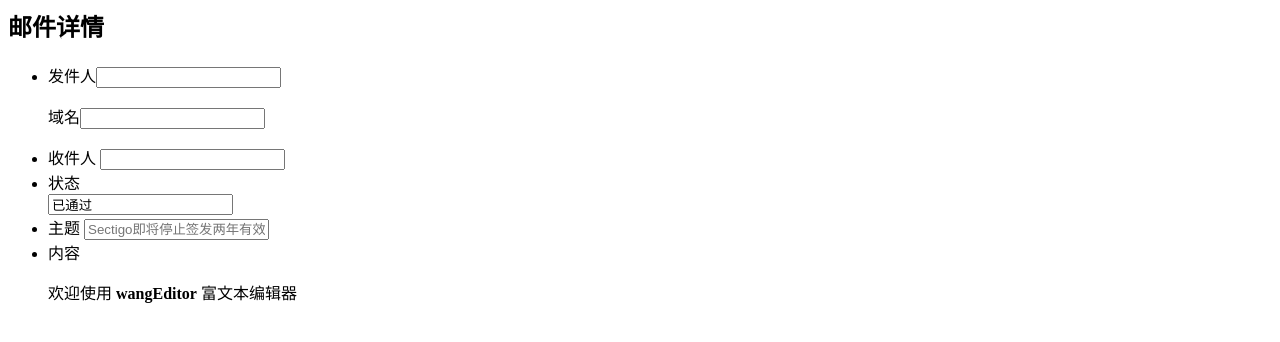
Repository: wangyan466393/racentSystem
Page: emailDetail.html
An editor plug-in stored every save of this project. The page is shown before and after the next save, followed by the edit.
The browser window is 1280 px wide. The pictures show the whole page.

Above is the page before, as saved 2020-08-12 10:08:44.

### emailDetail.html
<div id="content_box">
    <h2>邮件详情</h2>
<div class="edit_box">


    <div class="edit_content">
        <ul>
            <li>

                <p>
                    <span>发件人</span><input type="text" class="sender">
                </p>
                <p>
                    <span>域名</span><input type="text" class="domain_name">
                </p>

            </li>
            <li>
                <span>收件人</span>
                <input type="text" class="attn">
            </li>
            <li>
                <span>状态</span>
                <div style="width: 100%;">
                    <input type="text" value="已通过">
                </div>

            </li>
            <li>
                <span>主题</span>
                <input type="text" class="theme" placeholder="Sectigo即将停止签发两年有效期证书，倒计时仅27天！">
            </li>
            <li>
                <span>内容</span>
                <div id="editor" style="width: 100%;">
                    <p>欢迎使用 <b>wangEditor</b> 富文本编辑器</p>
                </div>
            </li>

        </ul>
    </div>
</div>
</div>

After the next save:
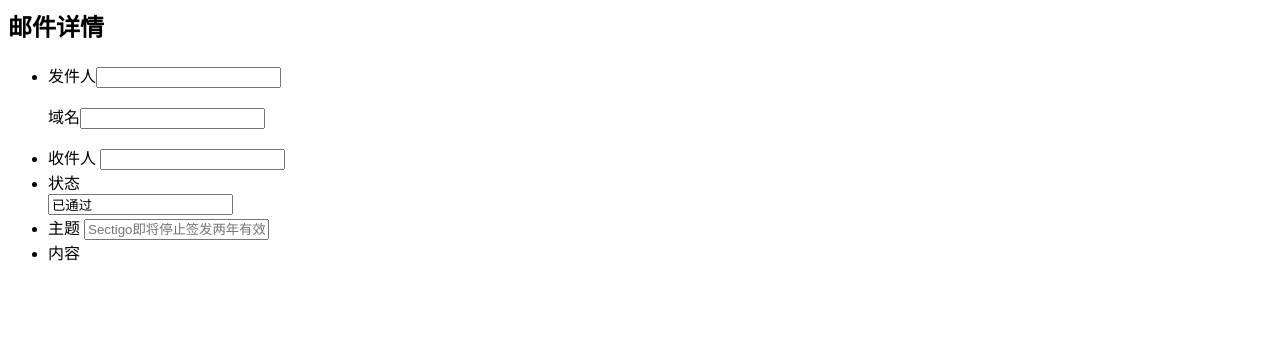
Saved 13 s later.
--- a/emailDetail.html
+++ b/emailDetail.html
@@ -33,7 +33,7 @@
             <li>
                 <span>内容</span>
                 <div id="editor" style="width: 100%;">
-                    <p>欢迎使用 <b>wangEditor</b> 富文本编辑器</p>
+
                 </div>
             </li>
 
